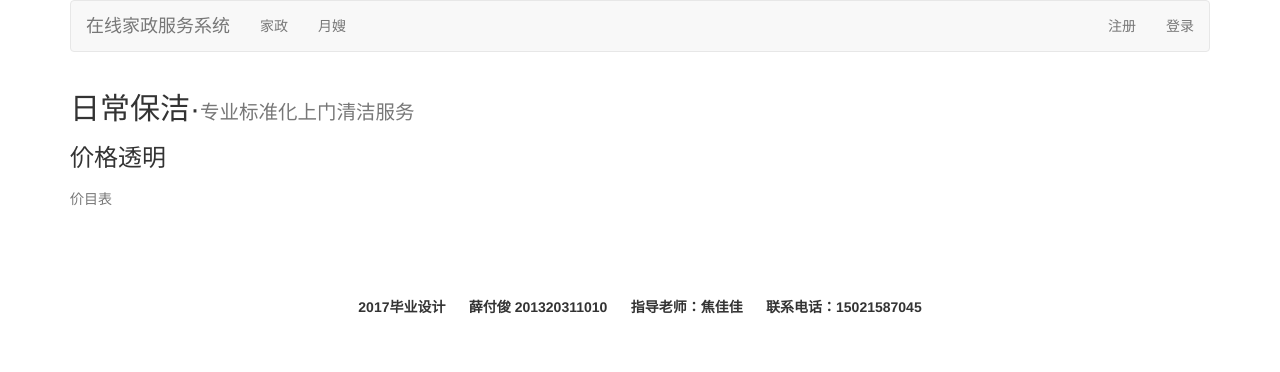
Repository: ELeonCXFJ/MyEclipseWS
Page: http://localhost/MyWeb/jsps/product/keeper/dailywork.jsp
An editor plug-in stored every save of this project. The page is shown before and after the next save, followed by the edit.
The browser window is 1280 px wide. The pictures show the whole page.
The page is served by Tomcat 9. Nobody is signed in. The application's start-up code is not run.

Above is the page before, as saved 2017-03-21 04:51:35.

After the next save:
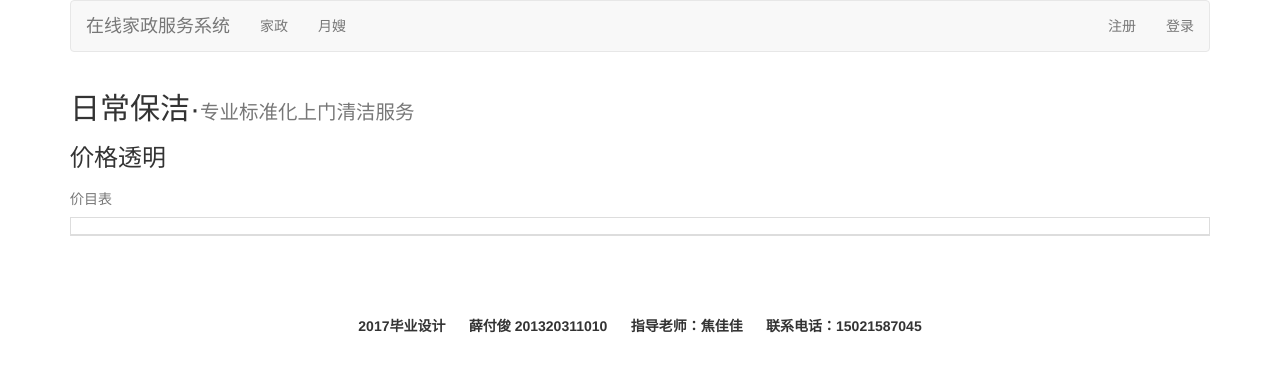
Saved 109 s later.
--- a/MyWeb/WebRoot/jsps/product/keeper/dailywork.jsp
+++ b/MyWeb/WebRoot/jsps/product/keeper/dailywork.jsp
@@ -22,7 +22,10 @@
 			<h3>价格透明</h3>
 			<table class="table table-bordered">
 				<caption>价目表</caption>
-
+				<thead>
+					<tr>
+						<th>
+				</thead>
 			</table>
 		</div>
 
